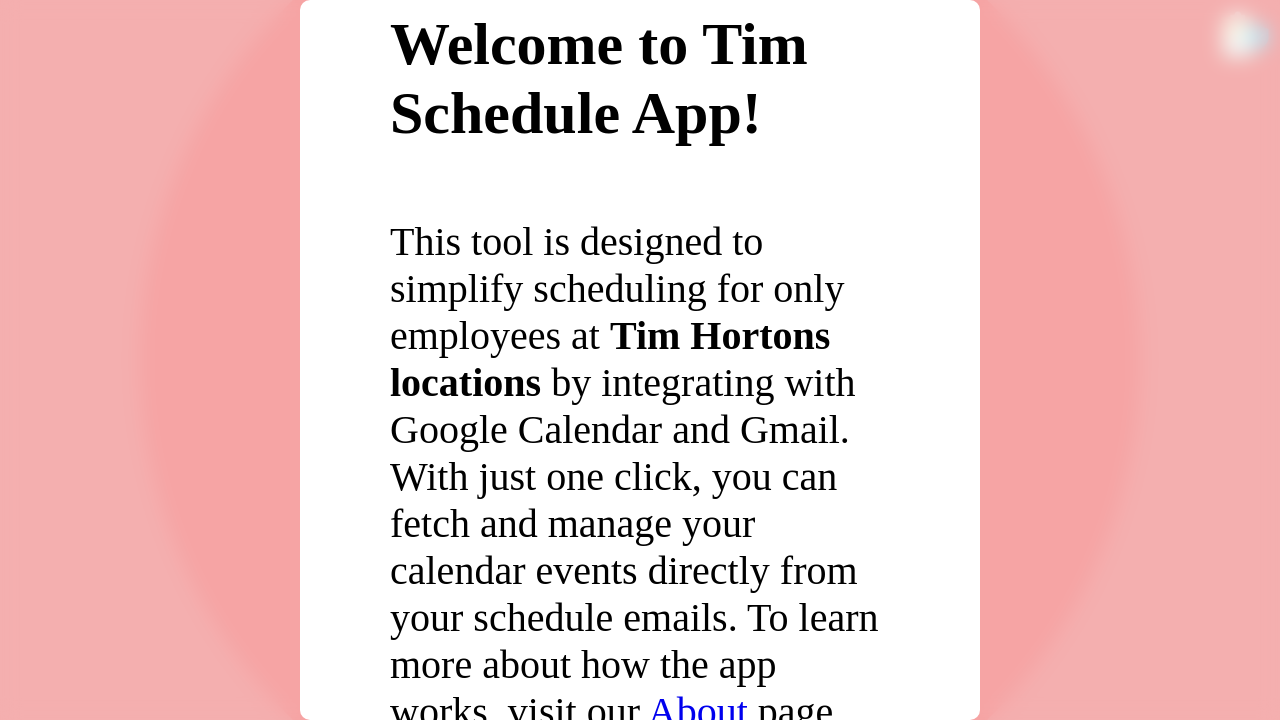
Repository: Sukhvir-Grewal/tim-schadule-app
Page: node_version/public/index.html
The author's editor kept a copy of each file at every save. The page is drawn from the files as they stood at one save, then again after the next save.
The browser window is 1280 px wide. The pictures show the whole page.

Above is the page before, as saved 2024-08-15 01:11:10.

After the next save:
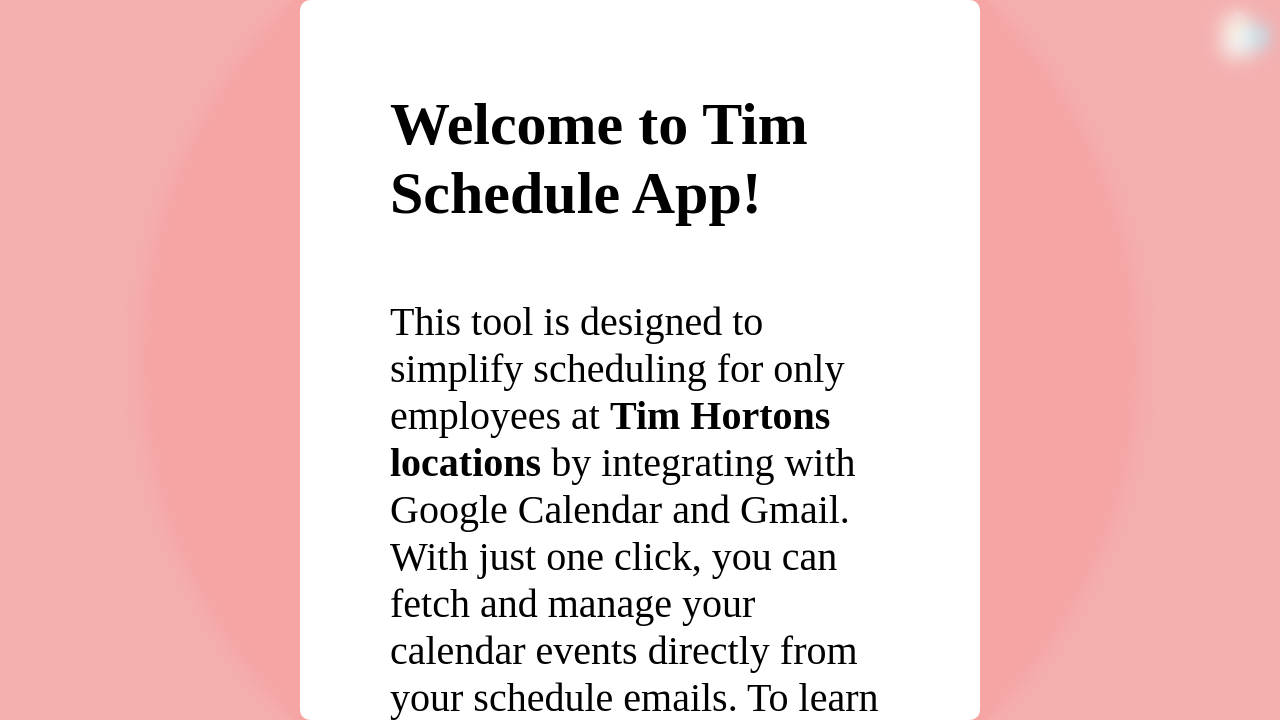
Saved 5 s later.
--- a/node_version/public/style.css
+++ b/node_version/public/style.css
@@ -31,7 +31,7 @@
     border-radius: 10px;
     min-height: 100px;
     width: 90vw;
-    padding: 10px 90px;
+    padding: 90px 90px;
     animation: fadeIn 4s ease;
     font-size: 40px;
 }
